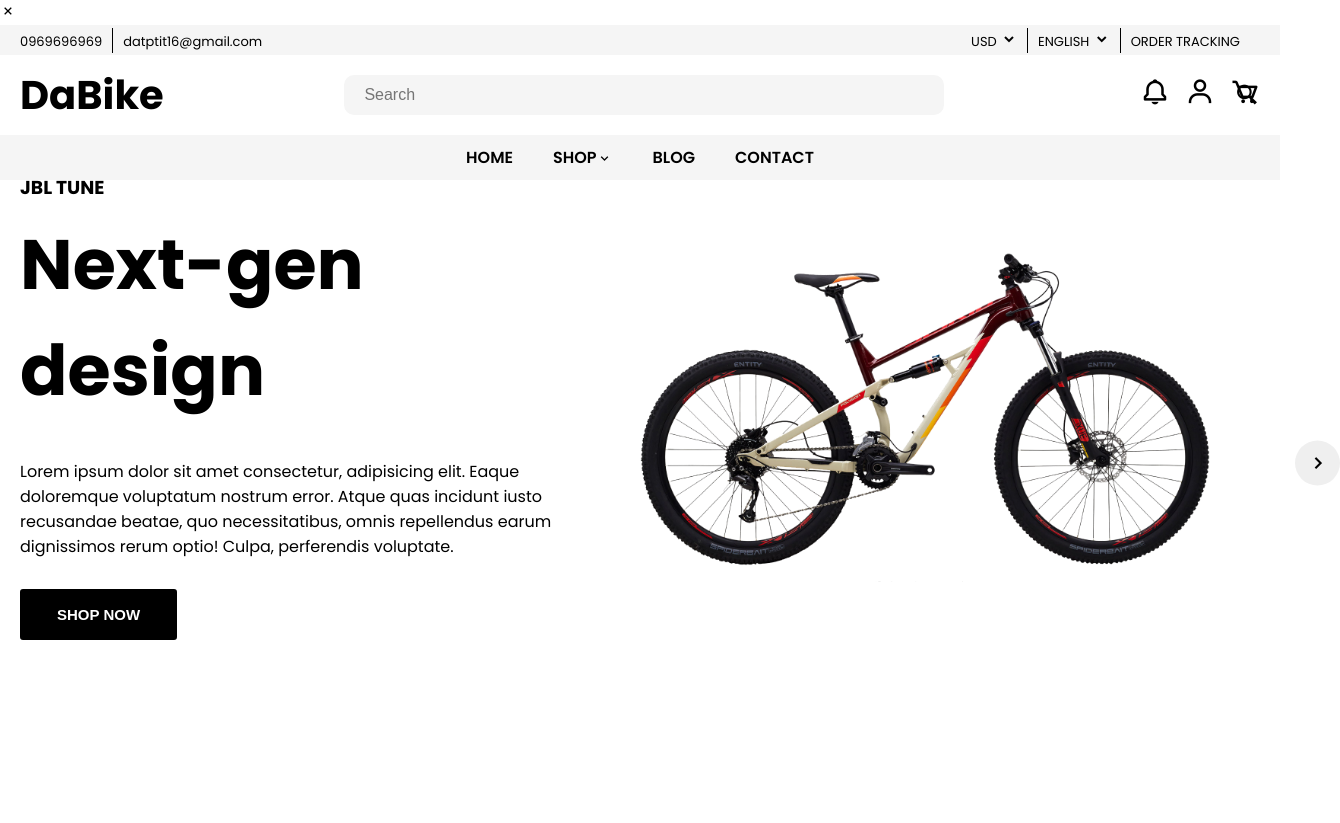
Repository: Datt21/DacMaxx
Page: index.html
The author's editor kept a copy of each file at every save. The page is drawn from the files as they stood at one save, then again after the next save.
The browser window is 1280 px wide. The page is 1340 px wide, so the pictures cover 1340 px, including what lies to the right of the window. The pictures show the whole page.

Above is the page before, as saved 2021-07-07 01:35:53.

After the next save:
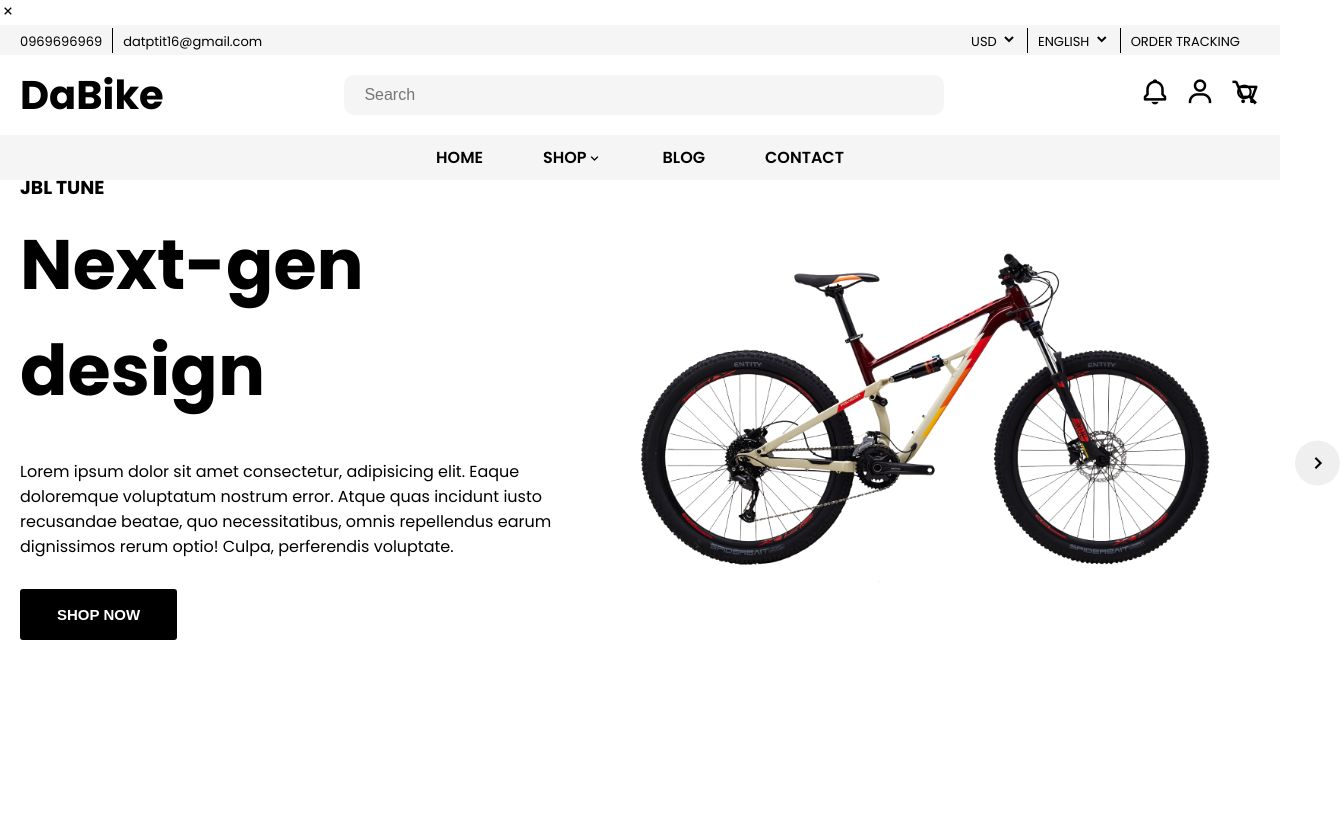
Saved 5 min 10 s later.
--- a/css/app.css
+++ b/css/app.css
@@ -199,7 +199,7 @@ ul.devided > li:last-child{
 .main-menu > li > a {
     display: flex;
     align-items: center;
-    margin: 0 20px;
+    margin: 0 30px;
     font-weight: 600;
     height: 100%;
     text-transform: uppercase;
